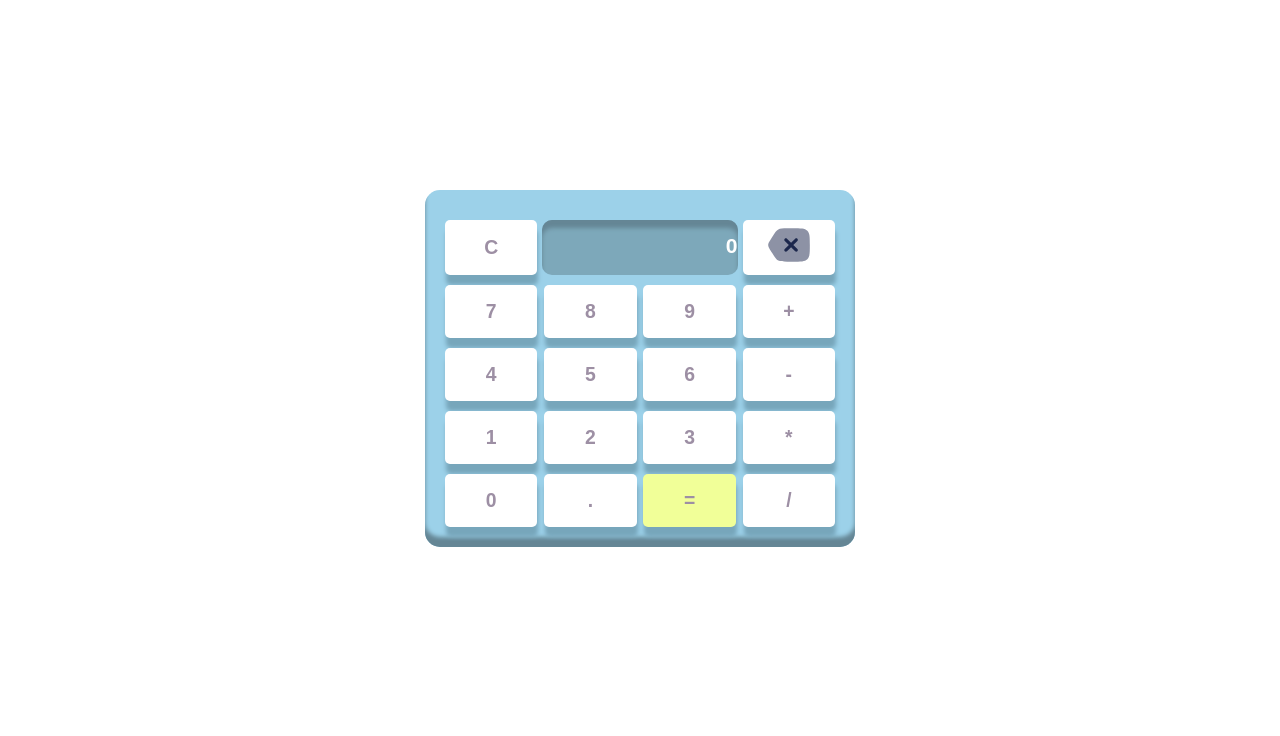
Repository: sem1103/calculator
Page: index.html
These files come from the project's save history. The page is drawn as it stood at one moment and after the next save; the edit follows.
The browser window is 1280 px wide. The pictures show the whole page.

Above is the page before, as saved 2023-11-02 15:34:48.

After the next save:
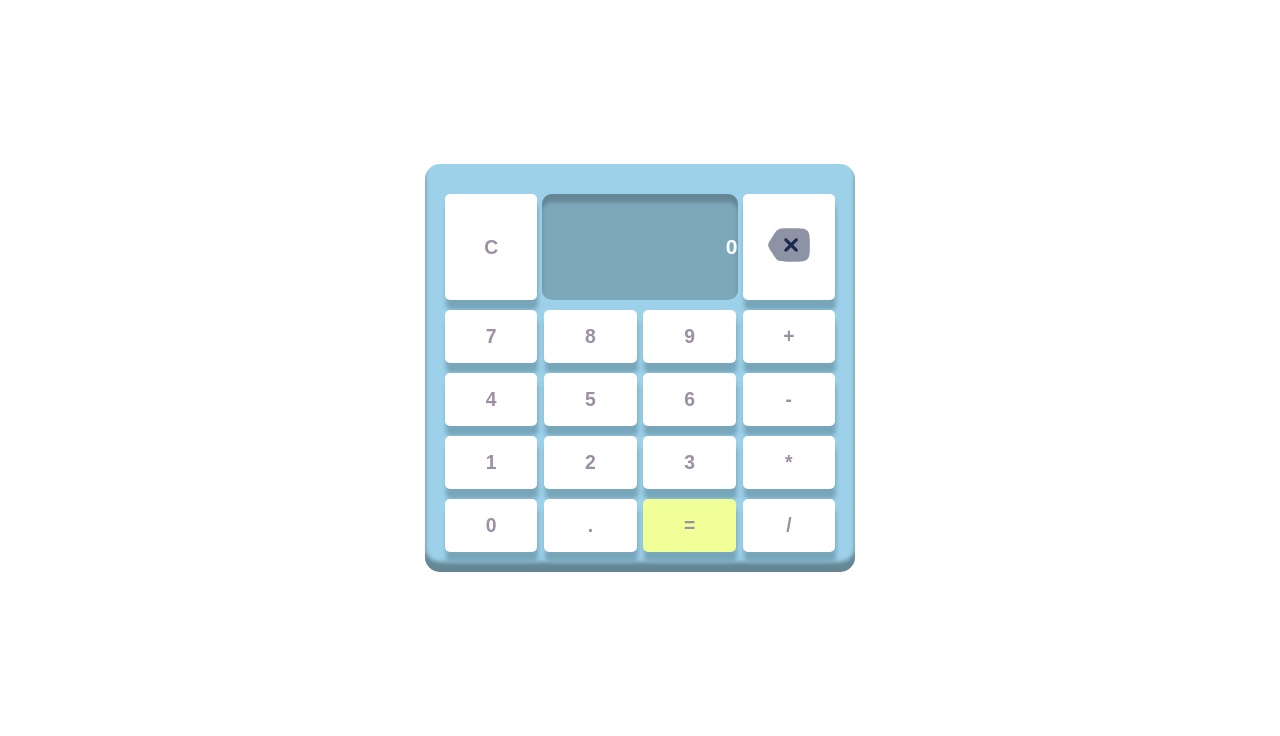
Saved 5 s later.
--- a/index.html
+++ b/index.html
@@ -37,7 +37,7 @@
             font-size: 1.2rem;
             color: #fff;
             margin: 0;
-            line-height: 2.5;
+            line-height: 5;
         }
 
         .calc__main,

After the save that followed:
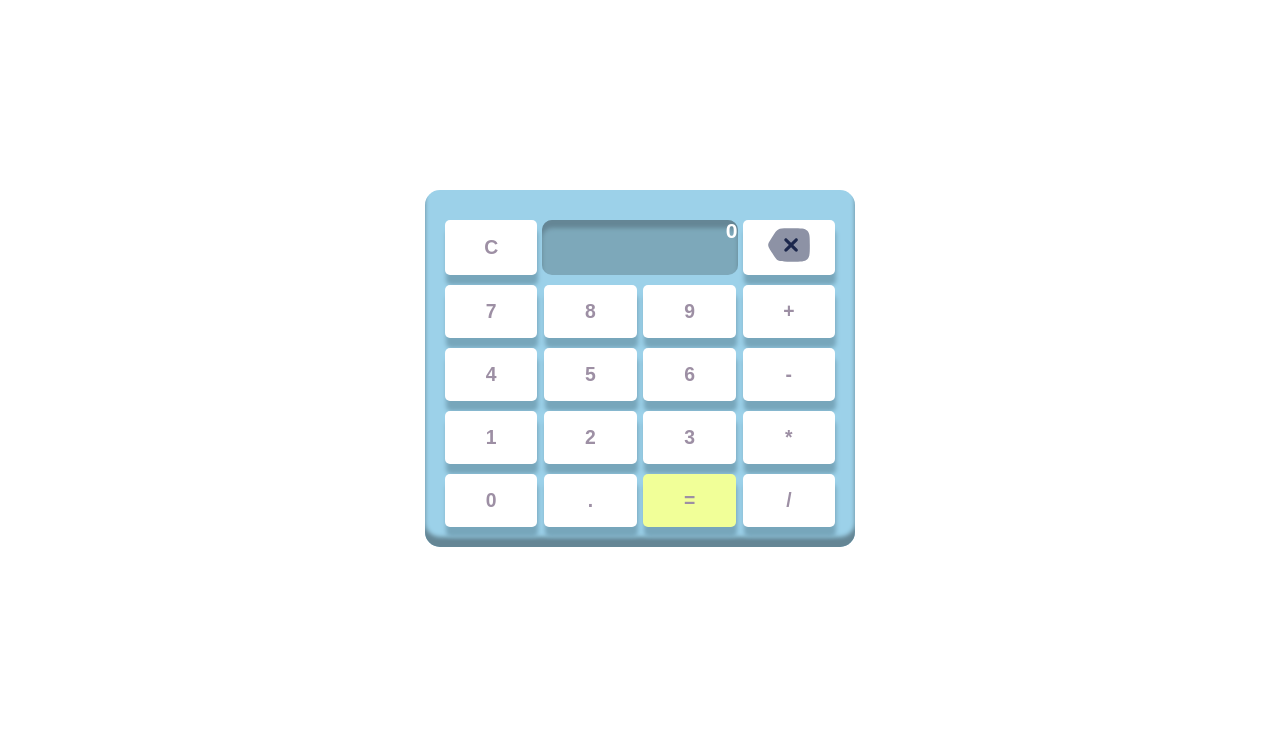
Saved 7 s later.
--- a/index.html
+++ b/index.html
@@ -37,7 +37,7 @@
             font-size: 1.2rem;
             color: #fff;
             margin: 0;
-            line-height: 5;
+            line-height: 1;
         }
 
         .calc__main,
